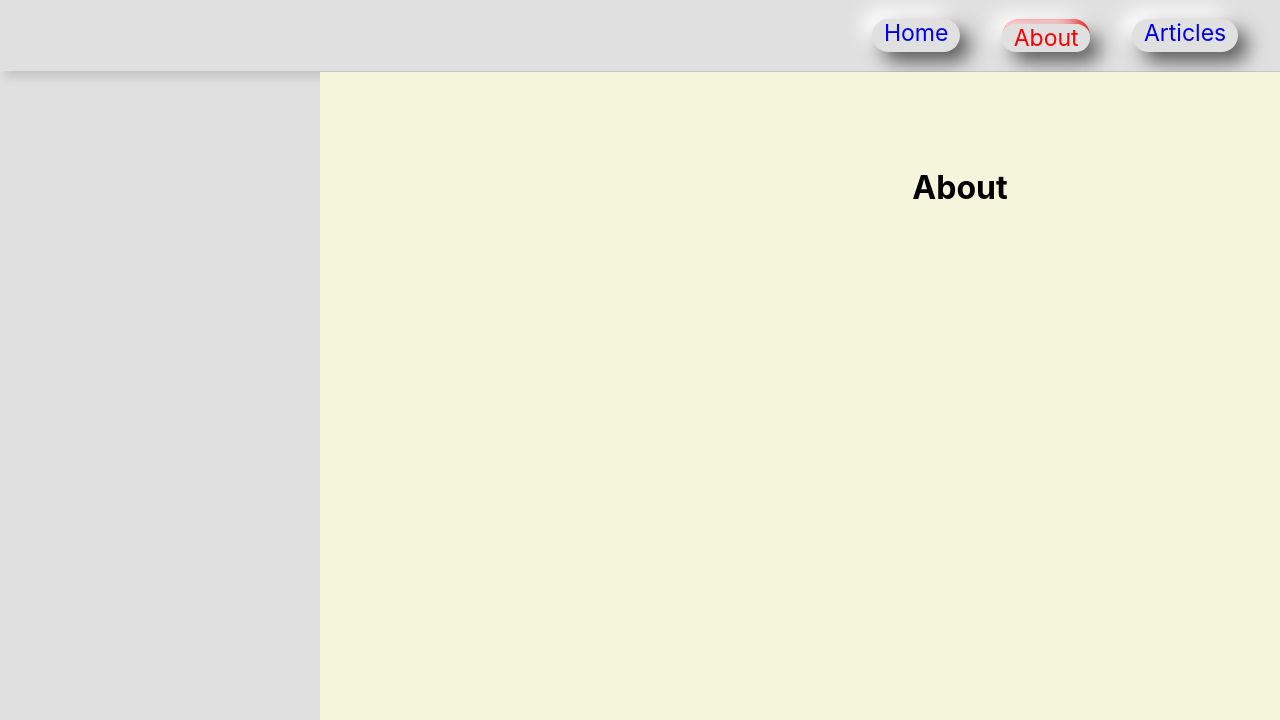
Repository: ShindanoSingi/react-software-architecture-course
Page: /about
These files come from the project's save history. The page is drawn as it stood at one moment and after the next save; the edit follows.
The browser window is 1280 px wide. The pictures show the whole page.
The project was rebuilt for these pictures with package versions that can differ from the ones it lists, and the page was loaded fresh each time. Also part of the build but not shown: src/pages/Home.js, src/pages/Articles.js.

Above is the page before, as saved 2022-12-25 21:03:26.

After the next save:
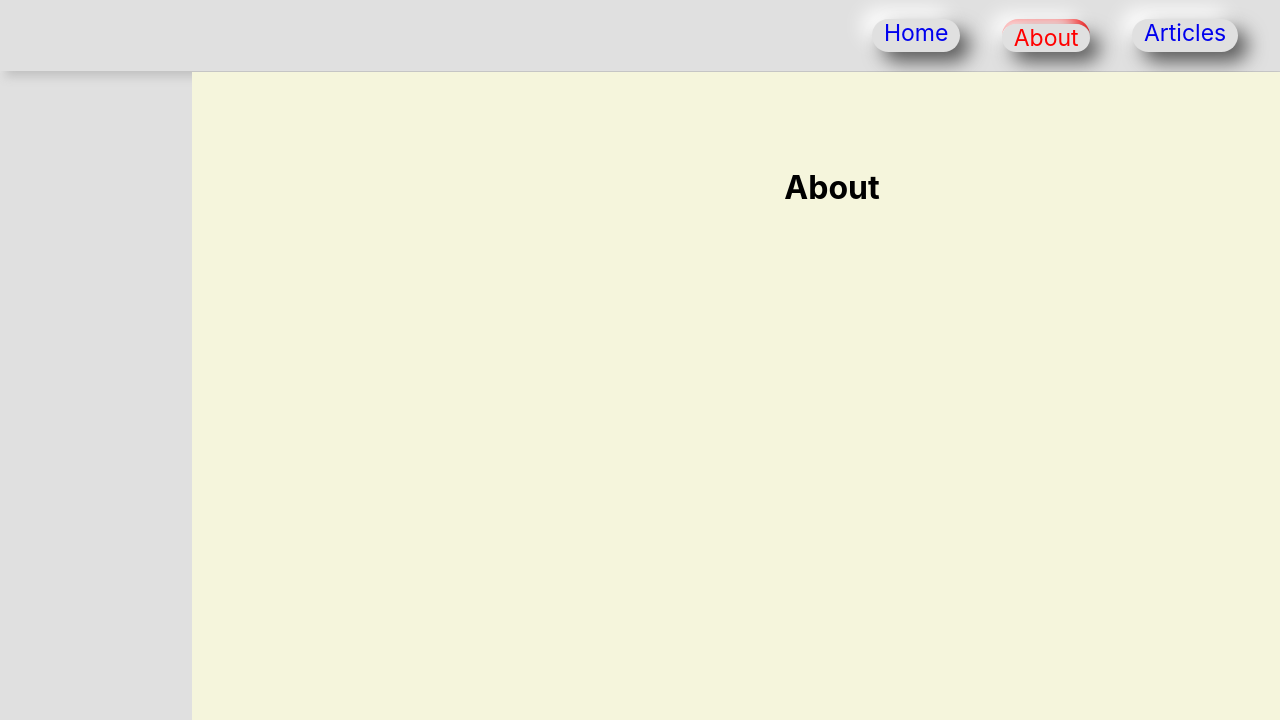
Saved 4 s later.
--- a/src/App.css
+++ b/src/App.css
@@ -43,7 +43,7 @@ a {
 .container {
     position: fixed;
     top: 4.5em;
-    left: 25%;
+    left: 15%;
     margin-right: 25%;
     width: 80em;
     background-color: beige;
